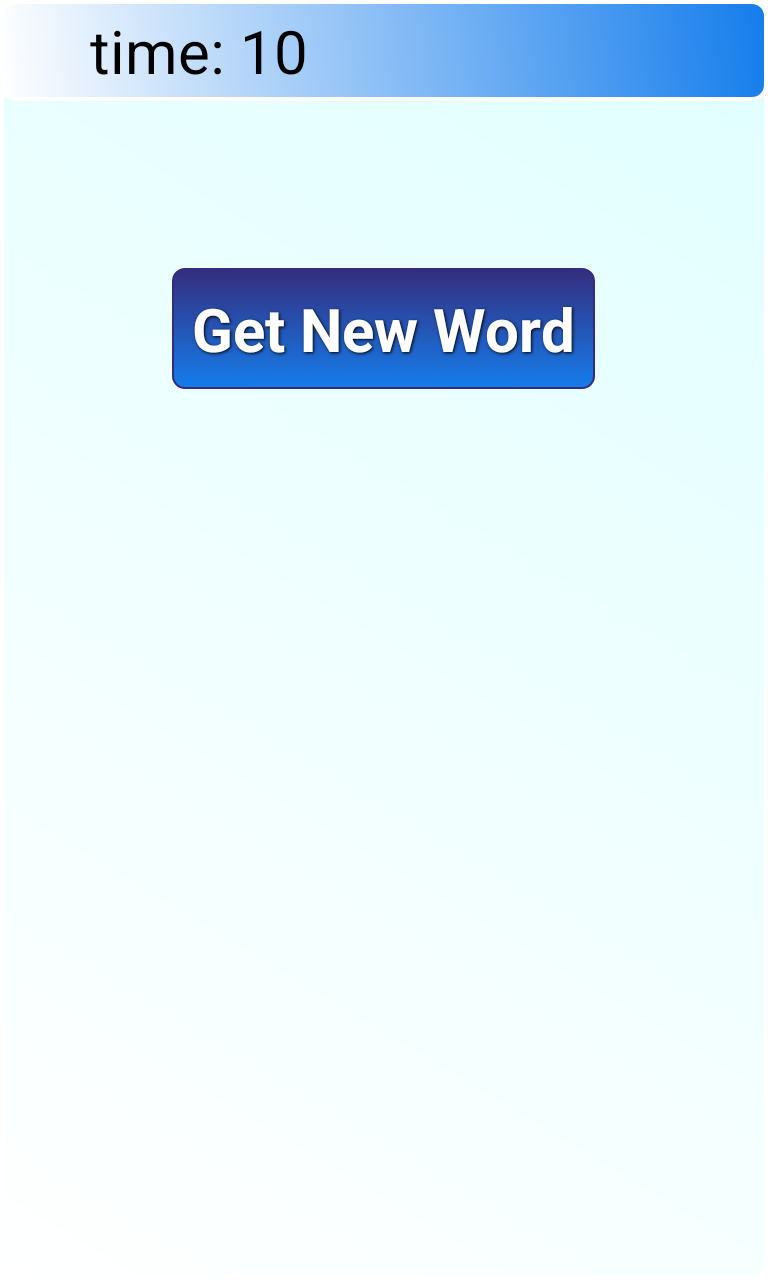
Repository: tvergilio/android
Layout: GoogleItDb/res/layout/activity_main.xml
An editor plug-in stored every save of this project. The layout is shown before and after the next save, followed by the edit.
It is drawn on a 768 x 1280 px phone screen (xhdpi) without system bars, with theme AppTheme; the app's code is not run. Lists and similar views that code fills are empty.

Above is the layout before, as saved 2014-02-15 23:34:44.

After the next save:
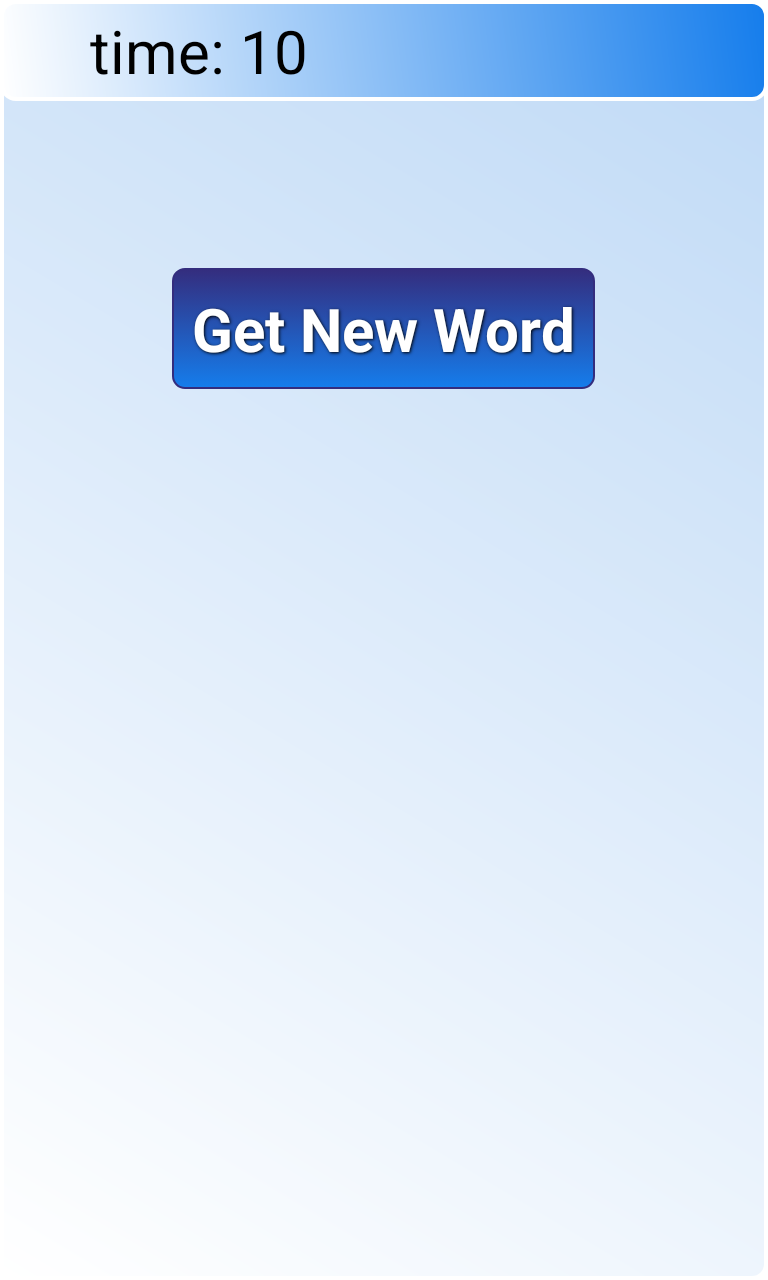
Saved 10 s later.
--- a/GoogleItDb/res/drawable-hdpi/rectangle.xml
+++ b/GoogleItDb/res/drawable-hdpi/rectangle.xml
@@ -2,7 +2,7 @@
 <shape xmlns:android="http://schemas.android.com/apk/res/android"
          android:shape="rectangle">
      <stroke android:width="2dp" android:color="@color/white" />
-     <gradient android:startColor="@color/light_cyan" android:endColor="@color/white"
+     <gradient android:startColor="@color/pastel_blue" android:endColor="@color/white"
             android:angle="225"/>
 
     <corners android:bottomRightRadius="7dp" android:bottomLeftRadius="7dp"
